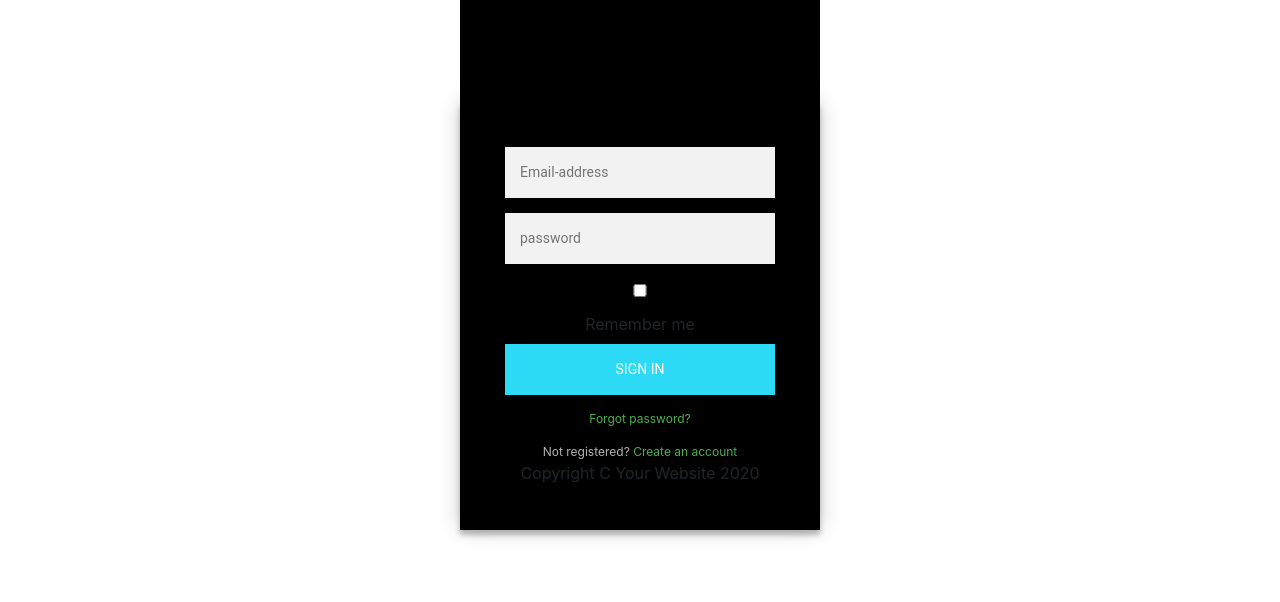
Repository: andbilous/cursor-styled-components
Page: /sign-in
These files come from the project's save history. The page is drawn as it stood at one moment and after a run of saves; the edit follows.
The browser window is 1280 px wide. The pictures show the whole page.
The project was rebuilt for these pictures with package versions that can differ from the ones it lists, and the page was loaded fresh each time. Also part of the build but not shown: src/App.css, src/components/SignUpForm.jsx.

Above is the page before, as saved 2020-04-19 13:43:04.

### src/App.js
import React from 'react';
import {
  BrowserRouter as Router,
  Switch,
  Route,
  Link
} from "react-router-dom";
import './App.css';
import SignInForm from './components/SignInForm';
import SignUpForm from './components/SignUpForm';

function App() {
  return (
   <Router>
      <Switch>
          <Route exact path="/sign-in">
            <SignInForm />
          </Route>
          <Route path="/sign-up">
            <SignUpForm />
          </Route>
        </Switch>
   </Router>
  );
}

export default App;

### src/components/SignInForm.jsx
import React from 'react';
import styled from "styled-components";

const SignInFormStyles=styled.div`
.login-page {
  width: 360px;
  padding: 8% 0 0;
  margin: auto;
  background: #000;
}
.form {
  position: relative;
  z-index: 1;
  max-width: 360px;
  margin: 0 auto 100px;
  padding: 45px;
  text-align: center;
  box-shadow: 0 0 20px 0 rgba(0, 0, 0, 0.2), 0 5px 5px 0 rgba(0, 0, 0, 0.24);
}
.form input {
  font-family: "Roboto", sans-serif;
  outline: 0;
  background: #f2f2f2;
  width: 100%;
  border: 0;
  margin: 0 0 15px;
  padding: 15px;
  box-sizing: border-box;
  font-size: 14px;
}
.form button {
  font-family: "Roboto", sans-serif;
  text-transform: uppercase;
  outline: 0;
  background: #2cdaf5;
  width: 100%;
  border: 0;
  padding: 15px;
  color: #FFFFFF;
  font-size: 14px;
  -webkit-transition: all 0.3 ease;
  transition: all 0.3 ease;
  cursor: pointer;
}
.form button:hover,.form button:active,.form button:focus {
  background: #43A047;
}
.form .message {
  margin: 15px 0 0;
  color: #b3b3b3;
  font-size: 12px;
}
.form .message a {
  color: #4CAF50;
  text-decoration: none;
}
.container {
  position: relative;
  z-index: 1;
  max-width: 300px;
  margin: 0 auto;
}
.container:before, .container:after {
  content: "";
  display: block;
  clear: both;
}
.container .info {
  margin: 50px auto;
  text-align: center;
}
.container .info h1 {
  margin: 0 0 15px;
  padding: 0;
  font-size: 36px;
  font-weight: 300;
  color: #1a1a1a;
}
.container .info span {
  color: #4d4d4d;
  font-size: 12px;
}
.container .info span a {
  color: #000000;
  text-decoration: none;
}
.container .info span .fa {
  color: #EF3B3A;
}
body {
  background: #76b852; /* fallback for old browsers */
  background: -webkit-linear-gradient(right, #76b852, #8DC26F);
  background: -moz-linear-gradient(right, #76b852, #8DC26F);
  background: -o-linear-gradient(right, #76b852, #8DC26F);
  background: linear-gradient(to left, #76b852, #8DC26F);
  font-family: "Roboto", sans-serif;
  -webkit-font-smoothing: antialiased;
  -moz-osx-font-smoothing: grayscale;
}
`


const SignInForm =() =>{
  return (
    <SignInFormStyles>
<div class="login-page">
  <div class="form">
    <form class="login-form">
    <input type="text" placeholder="Email-address"/>
      <input type="password" placeholder="password"/>
      <div><input type="checkbox"/><label>Remember me</label></div>
     <button>Sign In</button>
     <div>
     <p class="message"><a href="#">Forgot password?</a></p>
       <p class="message">Not registered? <a href="#">Create an account</a></p>
       </div>
       <footer>
       <span>Copyright C Your Website 2020</span>
       </footer>

    </form>
  </div>
</div>
    </SignInFormStyles>

  )
}


export default  SignInForm;

Loaded but not shown: public/index.html (common file); src/index.js (common file); src/index.css (common file); src/serviceWorker.js (common file)

After the next 6 saves:
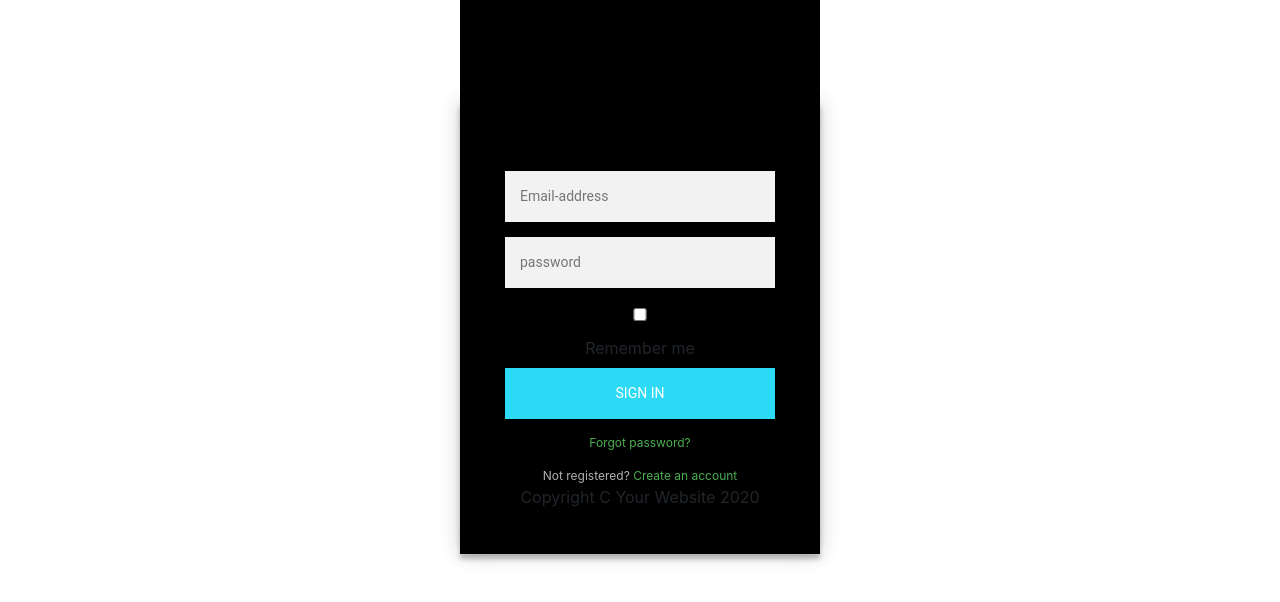
The 6 saves are shown as one change because they came seconds apart.
The last was saved 61 s later.
--- a/src/components/SignInForm.jsx
+++ b/src/components/SignInForm.jsx
@@ -105,6 +105,7 @@ const SignInForm =() =>{
     <SignInFormStyles>
 <div class="login-page">
   <div class="form">
+    <img></img>
     <form class="login-form">
     <input type="text" placeholder="Email-address"/>
       <input type="password" placeholder="password"/>
